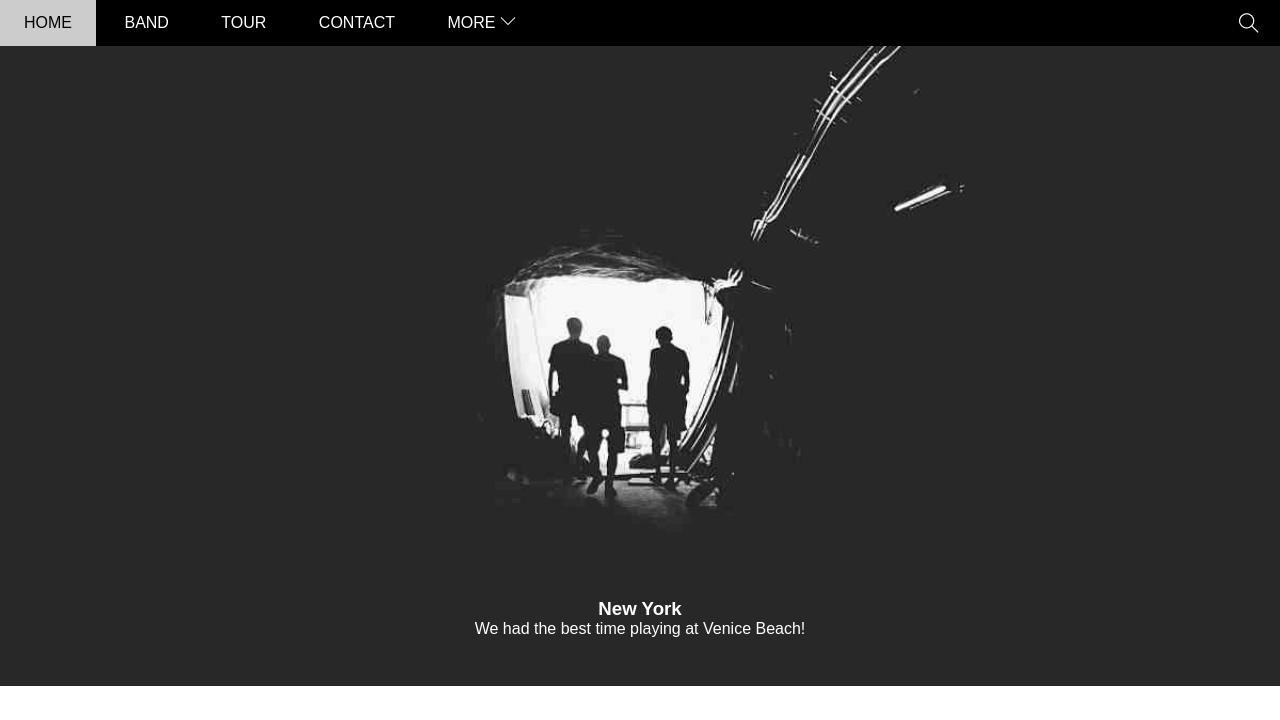
Repository: minhnguyennn/w3_band_music
Page: index.html
These files come from the project's save history. The page is drawn as it stood at one moment and after the next save; the edit follows.
The browser window is 1280 px wide. The pictures show the whole page.

Above is the page before, as saved 2023-02-18 20:36:44.

### index.html
<!DOCTYPE html>
<html lang="en">
<head>
    <meta charset="UTF-8">
    <meta http-equiv="X-UA-Compatible" content="IE=edge">
    <meta name="viewport" content="width=device-width, initial-scale=1.0">
    <title>Document</title>
    <link rel="stylesheet" href="./assets/css/style.css">
    <link rel="stylesheet" href="./assets/fonts/themify-icons-font/themify-icons/themify-icons.css">
</head>
<body>
    <div id="main">
        <div id="header">
            <!-- Begin: nav -->
            <ul id="nav">
                <li><a href="">Home</a></li>
                <li><a href="">Band</a></li>
                <li><a href="">Tour</a></li>
                <li><a href="">Contact</a></li>
                <li>
                    <a href="">
                        More
                        <i class="nav-arrow-down ti-angle-down"></i>
                    </a>
                    <ul class="subnav">
                        <li><a href="">Merchandise</a></li>
                        <li><a href="">Extras</a></li>
                        <li><a href="">Media</a></li>
                    </ul>
                </li>
            </ul>
            <!-- End: nav -->

            <!-- Begin: search button -->
            <div class="search-btn">
                <i class="search-icon ti-search"></i>
            </div>
            <!-- End: search button -->

        </div>

        <div id="slider">
            <div class="text-content">
                <h3 class="text-heading">New York</h3>
                <div class="text-description">We had the best time playing at Venice Beach!</div>
            </div>
        </div>

        <div id="content">

        </div>

        <div id="footer">

        </div>

    </div>
</body>
</html>

### assets/css/style.css
/* Reset CSS */
* {
   padding: 0;
   margin: 0;
   box-sizing: border-box;
}

html {
   font-family: Arial, Helvetica, sans-serif;
}

#main {
}

#header {
   position: fixed;
   top: 0;
   left: 0;
   right: 0;
   height: 46px;
   background-color: #000;
}

#nav {
   display: inline-block;
}

#nav,
.subnav {
   list-style-type: none;
}

#nav > li {
   display: inline-block;
}

#nav li {
   position: relative;
}

#nav > li > a {
   color: #fff;
   text-transform: uppercase;
   padding: 0 24px;
   line-height: 46px;
}

#nav li a {
   text-decoration: none;
   display: inline-block;
}

#nav li:hover .subnav {
   display: block;
}

#nav > li:hover > a {
   color: #000;
   background-color: #ccc;
}

#nav > .nav-arrow-down {
   font-size: 14px;
}

#nav .subnav {
   min-width: 160px;
   display: none;
   position: absolute;
   top: 100%;
   left: 0;
   background-color: #fff;
   box-shadow: 0 0 10px gray;
}

#nav .subnav a {
   color: #000;
   padding: 0 16px;
   line-height: 32px;
}

#nav .subnav li:hover {
   background-color: #ccc;
}

#header > .search-btn {
   float: right;
   padding: 0 21px;
}

#header > .search-btn:hover {
   background-color: red;
   cursor: pointer;
}

#header > .search-btn > .search-icon {
   color: #fff;
   font-size: 20px;
   line-height: 46px;
}

#slider {
   position: relative;
   margin-top: 46px;
   padding-top: 50%;
   background: url("/assets/img/Slider/slider1.jpg") top center / cover no-repeat;
}

#slider > .text-content {
   position: absolute;
   text-align: center;
   bottom: 48px;
   color: #fff;
   left: 50%;
   transform: translateX(-50%);
}

#slider > .text-heading {
   color: red;
}

#slider > .text-description {

}


#content {
}

#footer {
}

Loaded but not shown: assets/fonts/themify-icons-font/themify-icons/themify-icons.css (common file)

After the next save:
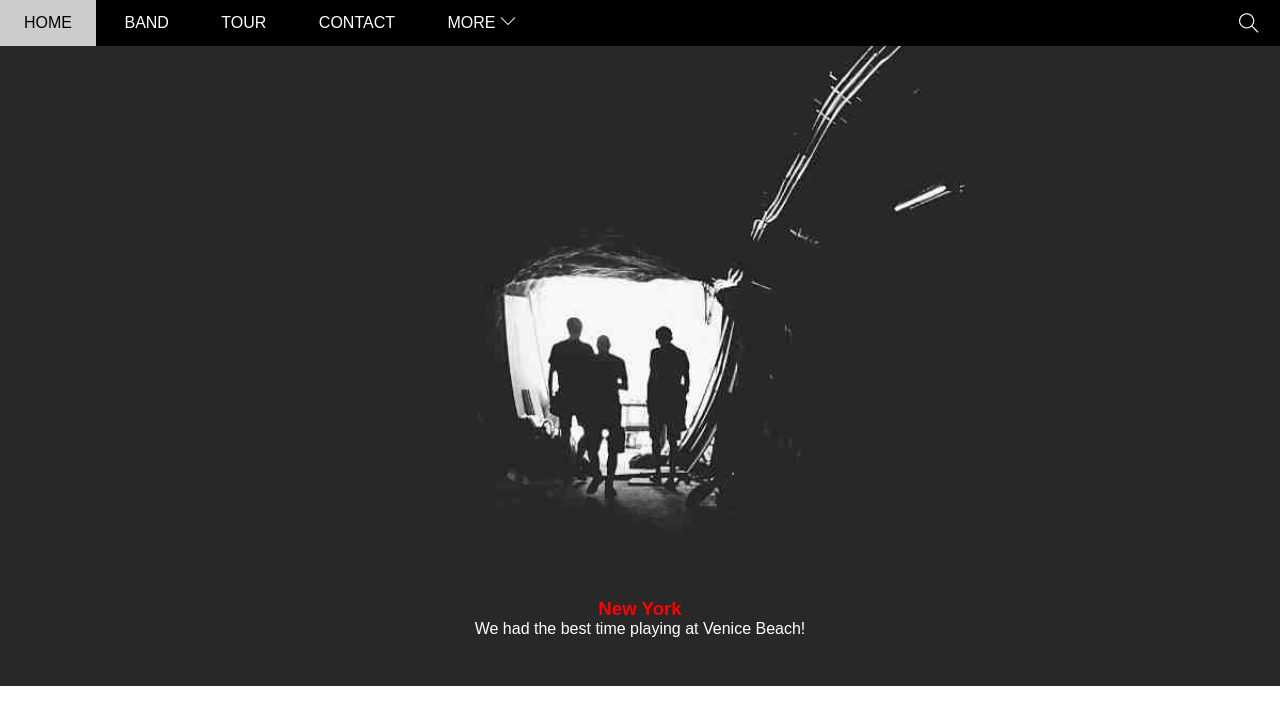
Saved 4 s later.
--- a/assets/css/style.css
+++ b/assets/css/style.css
@@ -115,7 +115,7 @@
    transform: translateX(-50%);
 }
 
-#slider > .text-heading {
+#slider .text-heading {
    color: red;
 }
 

After the 3 saves that followed:
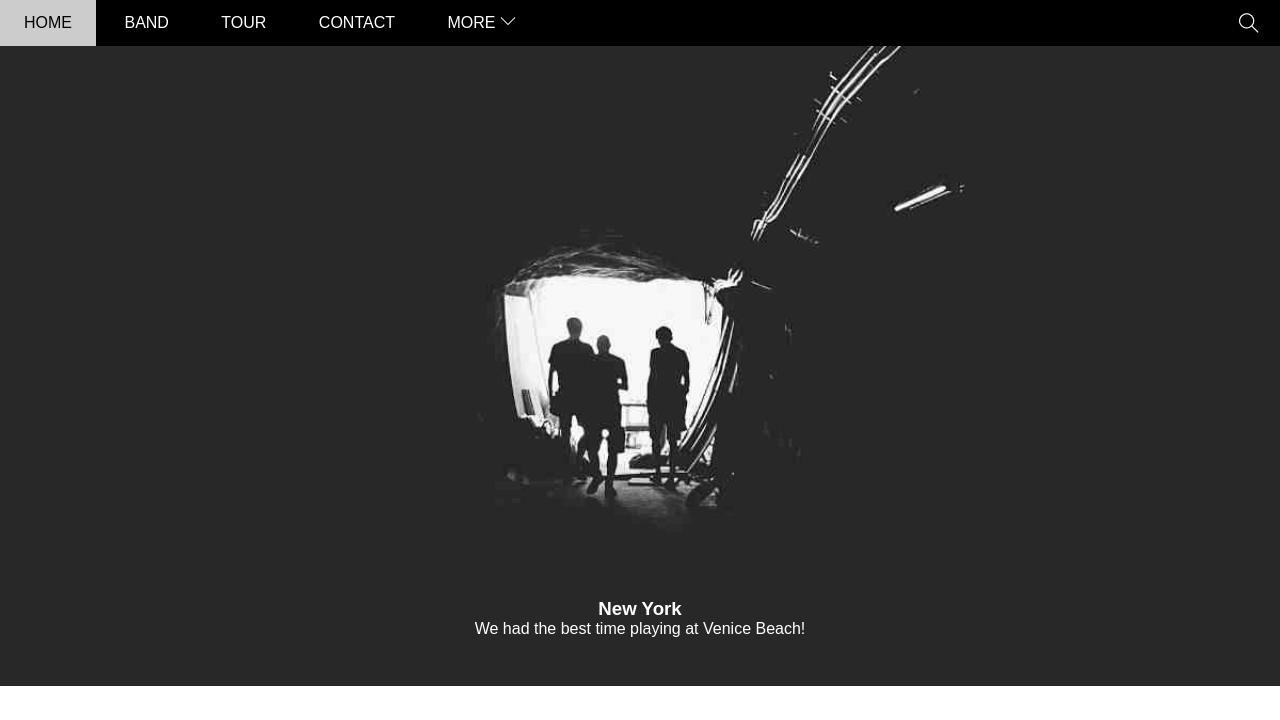
The 3 saves are shown as one change because they came seconds apart.
The last was saved 13 s later.
--- a/assets/css/style.css
+++ b/assets/css/style.css
@@ -116,7 +116,7 @@
 }
 
 #slider .text-heading {
-   color: red;
+   font-weight: 500px;
 }
 
 #slider > .text-description {
